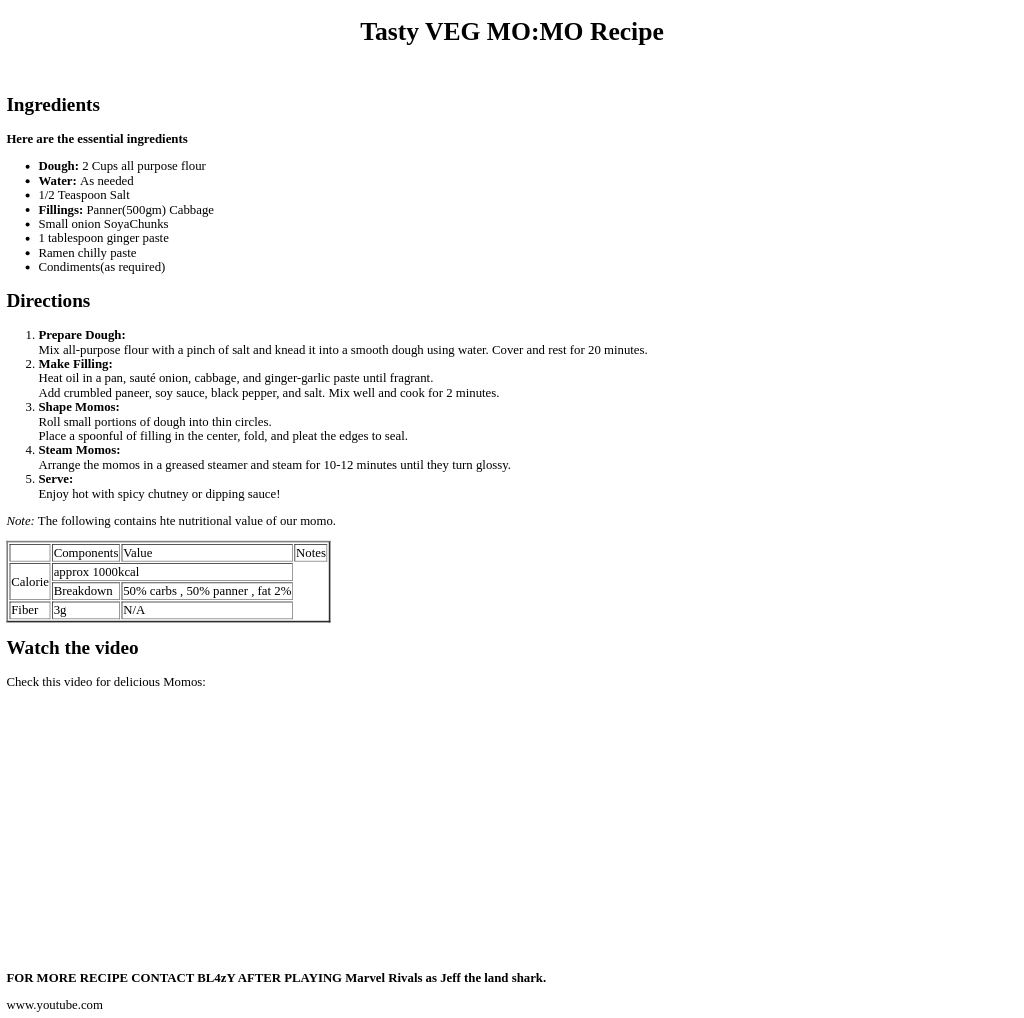
Repository: GigaByte6610/recipe
Page: index.html
The author's editor kept a copy of each file at every save. The page is drawn from the files as they stood at one save, then again after the next save.
The browser window is 1280 px wide. The pictures show the whole page, at 80% of full size.
Pictures or frames that could not be fetched are drawn as grey boxes.

Above is the page before, as saved 2025-02-05 04:09:16.
Not found: tasty veg momo.webp

### index.html
<!DOCTYPE html>
<html lang="en">

<head>
    <meta charset="UTF-8" />
    <meta name="viewport" content="width=device-width, initial-scale=1.0" />
    <title>My Recipe [Veg Momo]</title>
    <link rel="stylesheet" href="style.css">
</head>

<body>
    <header>
        <h1 align="center">Tasty VEG MO:MO Recipe</h1>
        <img src="./tasty veg momo.webp" alt="" />
    </header>

    <section>
        <h2>Ingredients</h2>
        <p>
            <strong> Here are the essential ingredients</strong>
        </p>
        <ul>
            <li><strong>Dough: </strong> 2 Cups all purpose flour</li>
            <li><strong>Water: </strong> As needed</li>
            <li>1/2 Teaspoon Salt</li>
            <li><strong>Fillings: </strong> Panner(500gm) Cabbage</li>
            <li>Small onion SoyaChunks</li>
            <li>1 tablespoon ginger paste</li>
            <li>Ramen chilly paste</li>
            <li>Condiments(as required)</li>
        </ul>
    </section>
    <section>
        <h2><strong>Directions</strong></h2>
        <ol>
            <li><strong>Prepare Dough: </strong><br>Mix all-purpose flour with a pinch of salt and knead it into a smooth dough using water. Cover and rest for 20 minutes.</li>
            <li><strong>Make Filling:</strong><br>Heat oil in a pan, sauté onion, cabbage, and ginger-garlic paste until fragrant. <br>Add crumbled paneer, soy sauce, black pepper, and salt. Mix well and cook for 2 minutes.</li>
            <li><strong>Shape Momos:</strong> <br>Roll small portions of dough into thin circles. <br>Place a spoonful of filling in the center, fold, and pleat the edges to seal.</li>
            <li><strong>Steam Momos:</strong> <br>Arrange the momos in a greased steamer and steam for 10-12 minutes until they turn glossy.</li>
            <li><strong>Serve:</strong> <br>Enjoy hot with spicy chutney or dipping sauce!</li>
        </ol>
    </section>
    <section>
        <p>
            <em>Note:</em> The following contains hte nutritional value of our momo.
        </p>
        <table border="2">
            <thead>
                <th>
                    <td>Components</td>
                    <td>Value</td>
                    <td>Notes</td>
                </th>
            </thead>
            <tbody>
                <tr>
                    <td rowspan="2"> Calorie</td>
                    <td colspan="2">approx 1000kcal</td>
                </tr>
                <tr>
                    <td>Breakdown</td>
                    <td>50% carbs , 50% panner , fat 2%</td>
                </tr>
                <tr>
                    <td>Fiber</td>
                    <td>3g</td>
                    <td>N/A</td>
                </tr>
            </tbody>
        </table>
    </section>
    <section>
        <h2> Watch the video</h2>
        <p>Check this video for delicious Momos: </p>
        <iframe width="560" height="315" src="https://www.youtube.com/embed/71GR1xRQzgQ?si=tbq05XnBHcNN-7Ji" title="YouTube video player" frameborder="0" allow="accelerometer; autoplay; clipboard-write; encrypted-media; gyroscope; picture-in-picture; web-share"
            referrerpolicy="strict-origin-when-cross-origin" allowfullscreen></iframe>
    </section>
    <footer>
        <p><strong>FOR MORE RECIPE CONTACT BL4zY AFTER PLAYING Marvel Rivals as Jeff the land shark.</strong></p>
    </footer>

</html>
www.youtube.com

### style.css
header {
    box-sizing: border-box;
    margin: 0px;
    padding: 0;
}

After the next save:
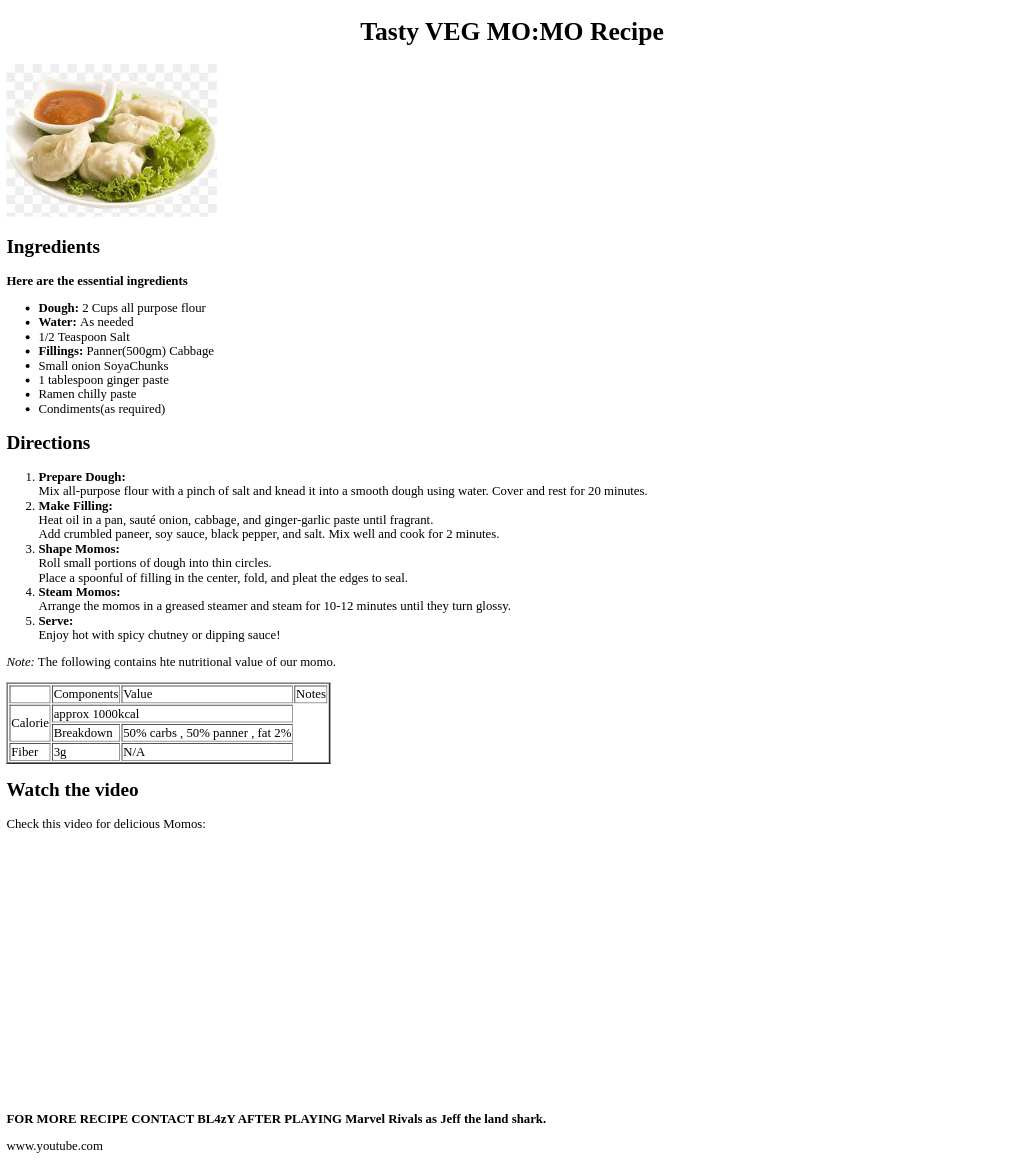
Saved 70 s later.
--- a/index.html
+++ b/index.html
@@ -11,7 +11,7 @@
 <body>
     <header>
         <h1 align="center">Tasty VEG MO:MO Recipe</h1>
-        <img src="./tasty veg momo.webp" alt="" />
+        <img src="momo.jpeg" alt="" />
     </header>
 
     <section>
